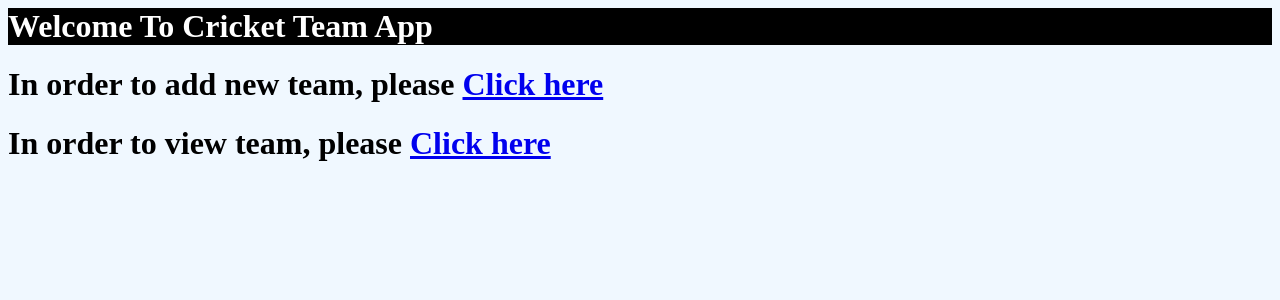
Repository: ShrikantSarode/AdvanceJava
Page: http://localhost/Cricket_Team_Project/WEB-INF/views/home.jsp
The author's editor kept a copy of each file at every save. The page is drawn from the files as they stood at one save, then again after the next save.
The browser window is 1280 px wide. The pictures show the whole page.
The page is served by Tomcat 9. Nobody is signed in. The template is opened directly, without the code that normally fills it, so the values that code supplies are empty.

Above is the page before, as saved 2024-12-05 12:02:04.

After the next save:
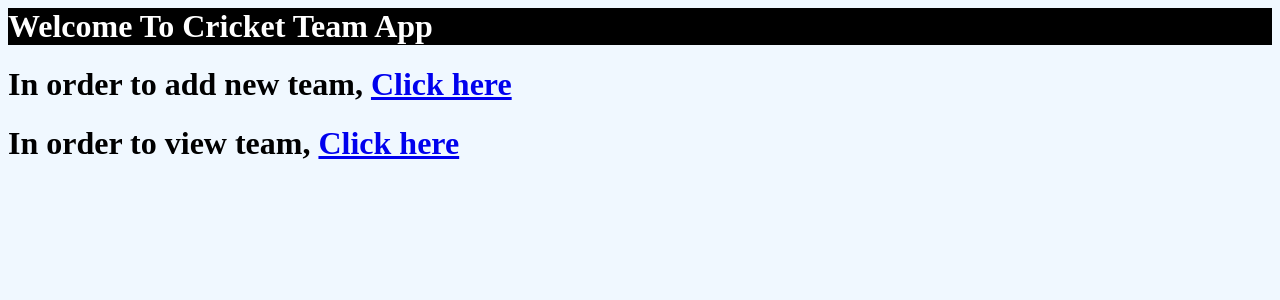
Saved 41 s later.
--- a/AJ backup/Web Based Java/Workspace/Cricket_Team_Project/src/main/webapp/WEB-INF/views/home.jsp
+++ b/AJ backup/Web Based Java/Workspace/Cricket_Team_Project/src/main/webapp/WEB-INF/views/home.jsp
@@ -3,10 +3,10 @@
 	<h1 style="background-color: black; color: white">Welcome To
 		Cricket Team App</h1>
 	<h1>
-		In order to add new team, please <a href="addTeam">Click here</a>
+		In order to add new team, <a href="addTeam">Click here</a>
 	</h1>
 	<h1>
-		In order to view team, please <a href="viewTeam">Click here</a>
+		In order to view team, <a href="viewTeam">Click here</a>
 	</h1>
 </body>
 </html>
